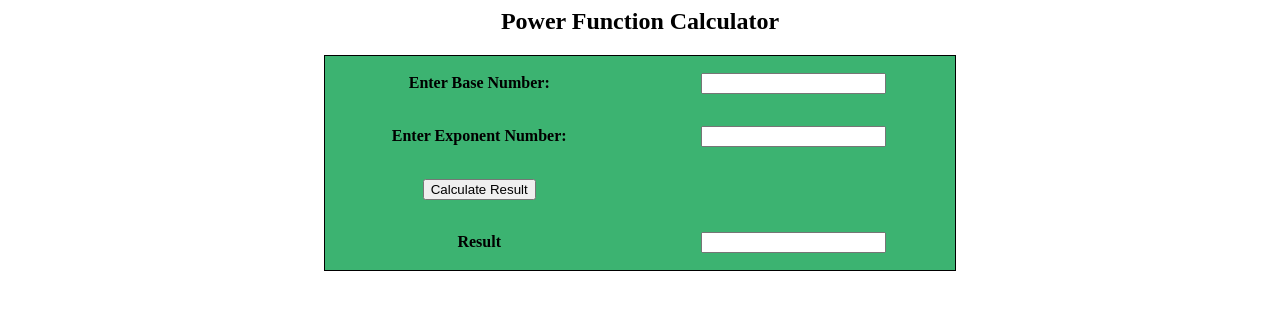
Repository: DeepaliKalagate/PowerCalculatorAPI
Page: PowerFunctionCalculator/src/main/resources/PowerFunction.html
The author's editor kept a copy of each file at every save. The page is drawn from the files as they stood at one save, then again after the next save.
The browser window is 1280 px wide. The pictures show the whole page.

Above is the page before, as saved 2020-02-09 06:51:47.

### PowerFunctionCalculator/src/main/resources/PowerFunction.html
<html>
<head>

<script src="https://ajax.googleapis.com/ajax/libs/jquery/3.3.1/jquery.min.js"></script>
</head>
<style>
table {
  width:50%;
}
table{
  border: 1px solid black;

}
th, td {
  padding: 15px;
  text-align: center;
}
th {
  height: 50px;
}

table{
 background-color: MediumSeaGreen;
}
</style>
<body>
<center>
<h2>Power Function Calculator</h2></center>


<table align="center">
  <tr>
    <th>Enter Base Number:</th>
    <th><input type:"text" id="baseNumber" name="base"></th>
  </tr>
  <tr>
    <th>Enter Exponent Number:</th>
    <td><input type:"text" id="exponentNumber" name="exponent"></td>
  </tr>
  <tr>
    <td><input type="submit" id="submit" value="Calculate Result"></td>
  </tr>
  <tr>
  <th>Result</th>
    <td><input type:"text" id="result" name="result"></td>
  </tr>
</table>
<script>
$(document).ready(function(){
  $("#submit").click(function(){


    var result=document.getElementById("result").value
console.log(result)
 var baseNumber=document.getElementById("baseNumber").value
 var exponentNumber=document.getElementById("exponentNumber").value


url="http:localhost:8080/calculator/calculate"
data=JSON.stringify({
"firstNumber":baseNumber,
"secondNumber":exponentNumber})


$.ajax({
  url:url,
  type:"POST",
  data:data,
  contentType:"application/json; charset=utf-8",
  dataType:"json",
  success: function(data){


document.getElementById("result").value=data;
  }
})

  });
});

</script>





</body>
</html>

After the next save:
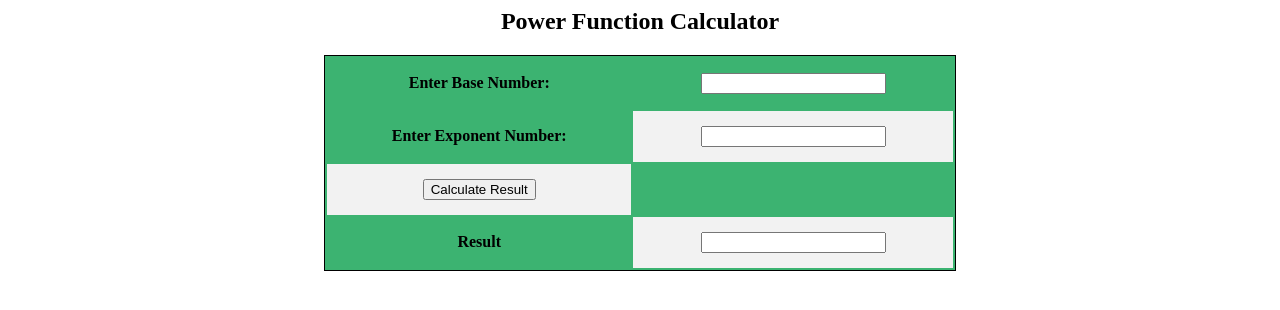
Saved 42 s later.
--- a/PowerFunctionCalculator/src/main/resources/PowerFunction.html
+++ b/PowerFunctionCalculator/src/main/resources/PowerFunction.html
@@ -15,10 +15,7 @@
   padding: 15px;
   text-align: center;
 }
-th {
-  height: 50px;
-}
-
+td {background-color: #f2f2f2;}
 table{
  background-color: MediumSeaGreen;
 }

After the save that followed:
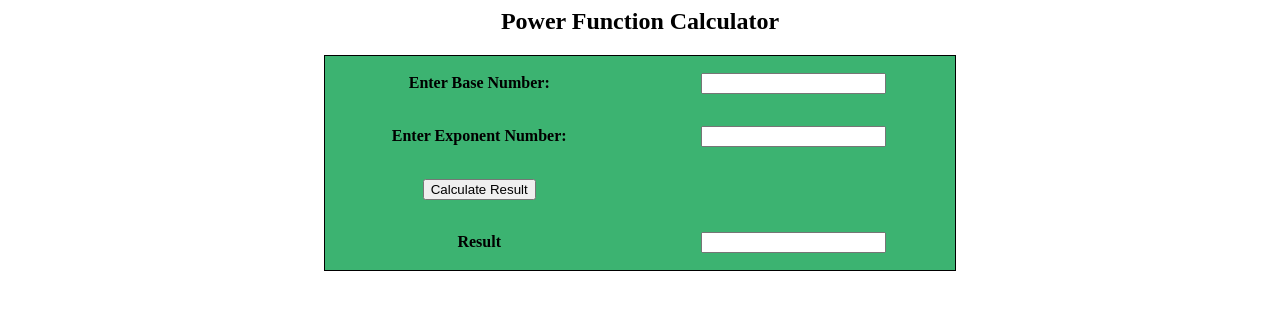
Saved 32 s later.
--- a/PowerFunctionCalculator/src/main/resources/PowerFunction.html
+++ b/PowerFunctionCalculator/src/main/resources/PowerFunction.html
@@ -15,7 +15,6 @@
   padding: 15px;
   text-align: center;
 }
-td {background-color: #f2f2f2;}
 table{
  background-color: MediumSeaGreen;
 }
